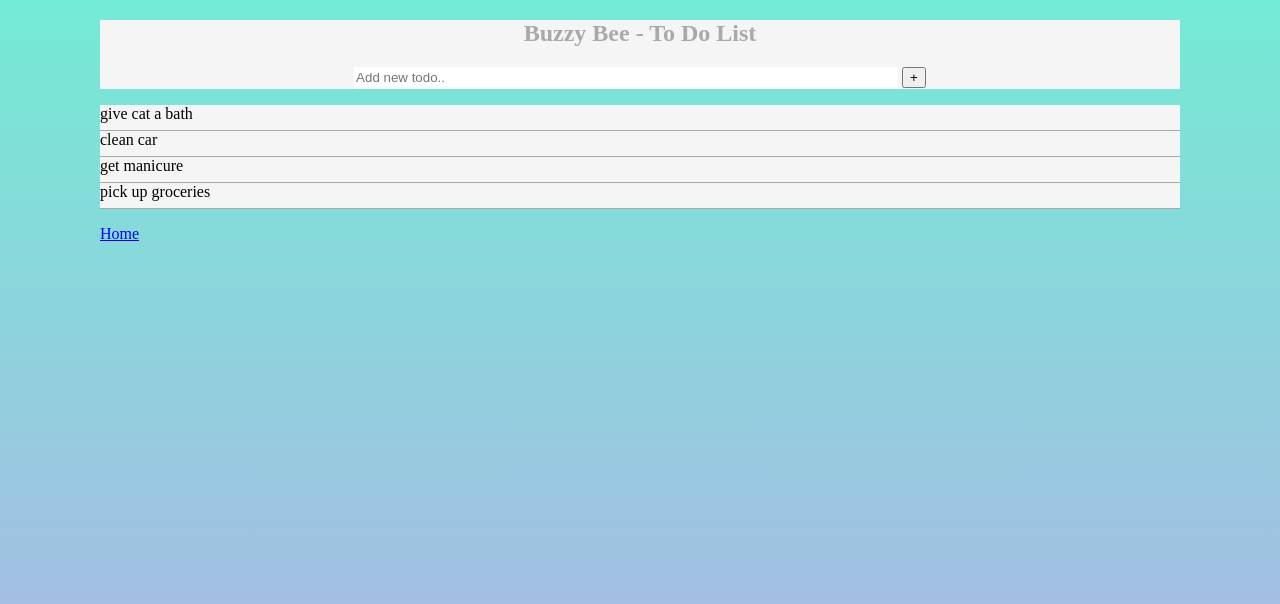
Repository: seleniadelgado/backend-spring2020-angie
Page: projects/todo/public_html/index.html
These files come from the project's save history. The page is drawn as it stood at one moment and after the next save; the edit follows.
The browser window is 1280 px wide. The pictures show the whole page.
The page's requests for data from a server got no answer.

Above is the page before, as saved 2020-05-12 16:23:17.

After the next save:
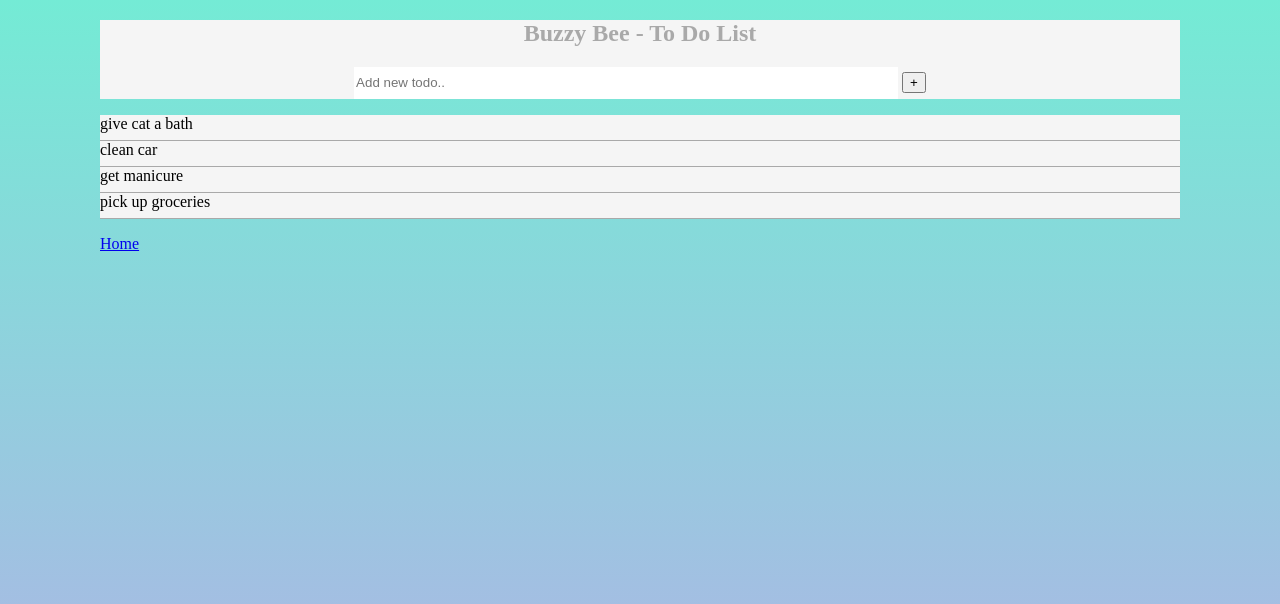
Saved 7 s later.
--- a/projects/todo/public_html/styles.css
+++ b/projects/todo/public_html/styles.css
@@ -18,7 +18,7 @@ body {
 #addNote #newNote {
     border: none;
     margin-left: 0;
-    height: 20px;
+    height: 30px;
     width: 50%;
 }
 #myList {
